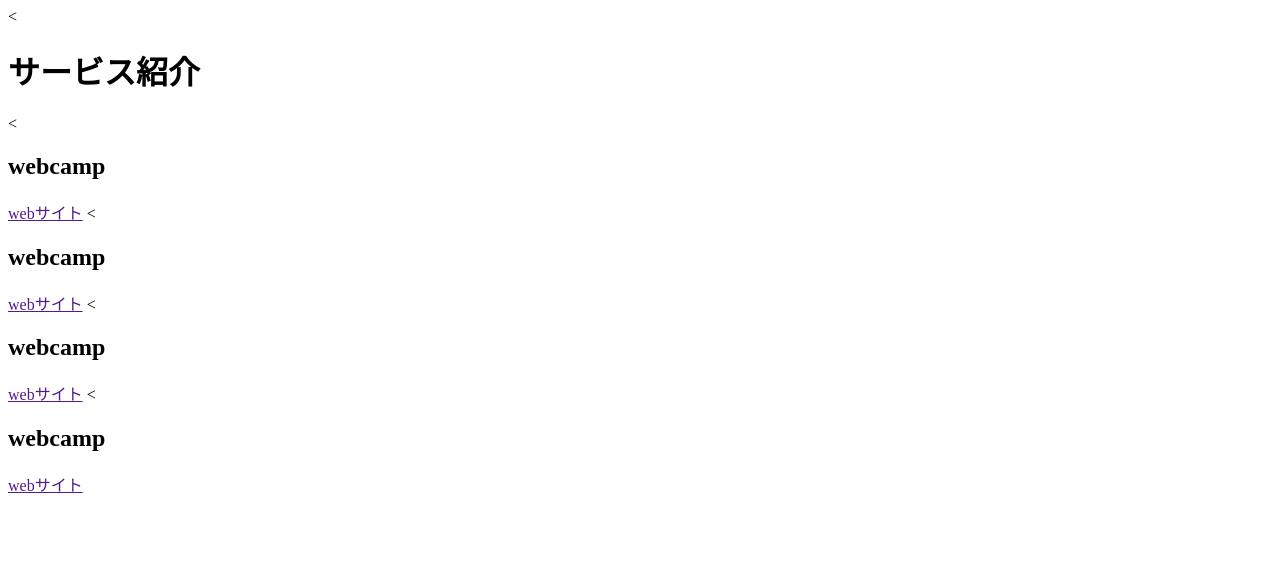
Repository: MNDMMstudy/debug_bookers2
Page: dmm/HTML/chapter2_exercise.html
The author's editor kept a record of every edit. The page is drawn from the files as they stood at one moment, then again after the next edit.
The browser window is 1280 px wide. The pictures show the whole page.

Above is the page before.

### dmm/HTML/chapter2_exercise.html
<!DOCTYPE HTML>
<html lang="ja">
  <head>
    <meta charset="UTF-8" />
    <title></title>
  </head>

  <body>
    <<h1>サービス紹介</h1>
    <<h2>webcamp</h2>
    <p></p>
    <a href="">webサイト</a>
     <<h2>webcamp</h2>
    <p></p>
    <a href="">webサイト</a>
     <<h2>webcamp</h2>
    <p></p>
    <a href="">webサイト</a>
     <<h2>webcamp</h2>
    <p></p>
    <a href="">webサイト</a>
  </body>
</html>

After the next edit:
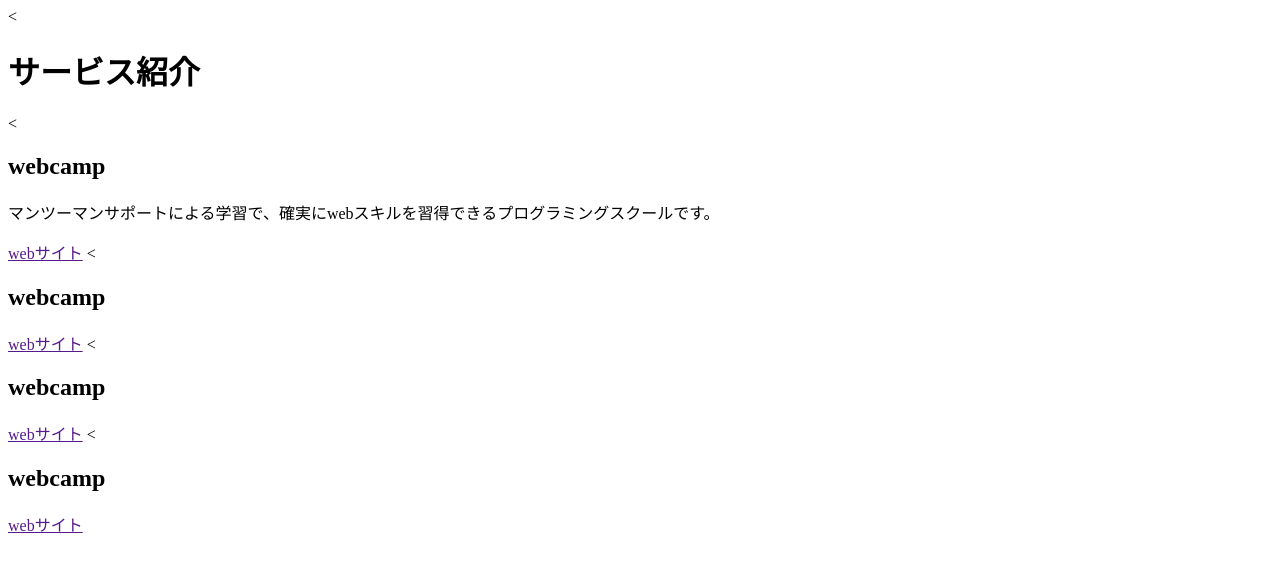
The edit:
--- a/dmm/HTML/chapter2_exercise.html
+++ b/dmm/HTML/chapter2_exercise.html
@@ -8,7 +8,7 @@
   <body>
     <<h1>サービス紹介</h1>
     <<h2>webcamp</h2>
-    <p></p>
+    <p>マンツーマンサポートによる学習で、確実にwebスキルを習得できるプログラミングスクールです。</p>
     <a href="">webサイト</a>
      <<h2>webcamp</h2>
     <p></p>
